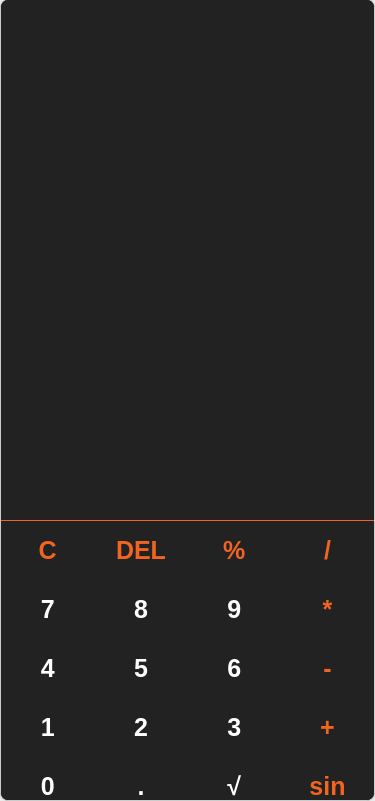
Repository: JuliusMonday/myCalculator
Page: index.html
The author's editor kept a copy of each file at every save. The page is drawn from the files as they stood at one save, then again after the next save.
The browser window is 375 px wide. The pictures show the whole page.

Above is the page before, as saved 2024-05-31 09:35:03.

### index.html
<!DOCTYPE html>
<html lang="en">
<head>
    <meta charset="UTF-8">
    <meta name="viewport" content="width=device-width, initial-scale=1.0">
    <title>JuliusCalc - Scientific Calculator</title>
    <link rel="stylesheet" href="styles.css">
</head>
<body>
    <div class="calculator">
        <div class="display">
            <input type="text" id="result" disabled>
        </div>
        <div class="buttons">
            <button onclick="clearDisplay()" class="oranges">C</button>
            <button onclick="deleteChar()" class="oranges">DEL</button>
            <button onclick="appendChar('%')" class="oranges">%</button>
            <button onclick="appendChar('/')" class="oranges">/</button>

            <button onclick="appendChar('7')">7</button>
            <button onclick="appendChar('8')">8</button>
            <button onclick="appendChar('9')">9</button>
            <button onclick="appendChar('*')" class="oranges">*</button>

            <button onclick="appendChar('4')">4</button>
            <button onclick="appendChar('5')">5</button>
            <button onclick="appendChar('6')">6</button>
            <button onclick="appendChar('-')" class="oranges">-</button>

            <button onclick="appendChar('1')">1</button>
            <button onclick="appendChar('2')">2</button>
            <button onclick="appendChar('3')">3</button>
            <button onclick="appendChar('+')" class="oranges">+</button>

            <button onclick="appendChar('0')">0</button>
            <button onclick="appendChar('.')">.</button>
            <button onclick="appendChar('Math.sqrt(')">√</button>

            <button onclick="appendChar('Math.sin(')" class="oranges">sin</button>
            <button onclick="appendChar('Math.cos(')" class="oranges">cos</button>
            <button onclick="appendChar('Math.log(')">log</button>
            <button onclick="calculate()" class="equals">=</button>
        </div>
        <marquee><p><b>JuliusCalc||</b> <em>Created by Julius</em></p></marquee>
    </div>
    <script src="index.js"></script>
</body>
</html>

### styles.css
body {
    display: flex;
    justify-content: center;
    align-items: center;
    height: 100vh;
    background-color: #f0f0f0;
    font-family: 'Arial', sans-serif;
    margin: 0;
}

.calculator {
    width: 300px;
    border: 1px solid #ccc;
    border-radius: 8px;
    overflow: hidden;
    box-shadow: 0 0 10px rgba(0, 0, 0, 0.1);
    background-color: #ffffff;
}

.display {
    background-color: #222;
    color: #fff;
    padding: 0;
    font-size: 24px;
    position: relative;
    height: 60px;
    display: flex;
    align-items: flex-end;
    padding-right: 10px;
}

.display input {
    width: 100%;
    border: none;
    background: none;
    color: #fff;
    text-align: right;
    font-size: 24px;
    padding: 0;
    box-sizing: border-box;
    line-height: 60px;
    height: 60px;
}

.buttons {
    display: grid;
    grid-template-columns: repeat(4, 1fr);
}

button {
    padding: 20px;
    font-size: 18px;
    border: 1px solid #ccc;
    background-color: #fff;
    cursor: pointer;
    transition: background-color 0.2s;
}

/* button:hover {
    background-color: #f0f0f0;
} */

/* button:active {
    background-color: #ddd;
    color:#222;
} */

/* Responsive Design */
@media (max-width: 600px) {
    .calculator {
        width: 100%;
        height: 100%;
        border-radius: 5;
        background-color:#222;
    }
    .display {
        padding: 10px;
        font-size: 20px;
        height: 500px;
        border-bottom: 1px solid #F16521 ;
    }
    button {
        padding: 15px;
        font-size: 25px;
        background-color:#222;
        color: #fff;
        border: none;
        font-weight: bold;

    }
    .oranges{
        color:#F16521;
    }
    .equals{
        background-color:#F82509;
        border:none;
        border-radius: 50%;
    }

    p{
        color:#F82509;
    }
}

### index.js
let display = document.getElementById('result');

function clearDisplay() {
    display.value = '';
}

function deleteChar() {
    display.value = display.value.slice(0, -1);
}

function appendChar(char) {
    display.value += char;
}

function calculate() {
    try {
        display.value = eval(display.value);
    } catch (e) {
        display.value = 'Error';
    }
}

// Updated percentage handling
function calculatePercentage() {
    try {
        // Evaluate the current expression
        let currentExpression = eval(display.value);
        // Divide by 100 to get the percentage value
        display.value = currentExpression / 100;
    } catch (e) {
        display.value = 'Error';
    }
}

// Update the appendChar function for %
function appendChar(char) {
    if (char === '%') {
        calculatePercentage();
    } else {
        display.value += char;
    }
}

After the next save:
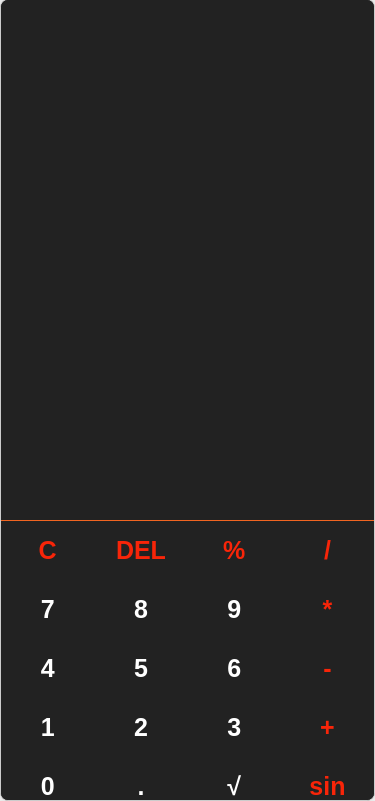
Saved 4 s later.
--- a/styles.css
+++ b/styles.css
@@ -89,7 +89,7 @@ button {
 
     }
     .oranges{
-        color:#F16521;
+        color:#F82509;
     }
     .equals{
         background-color:#F82509;
